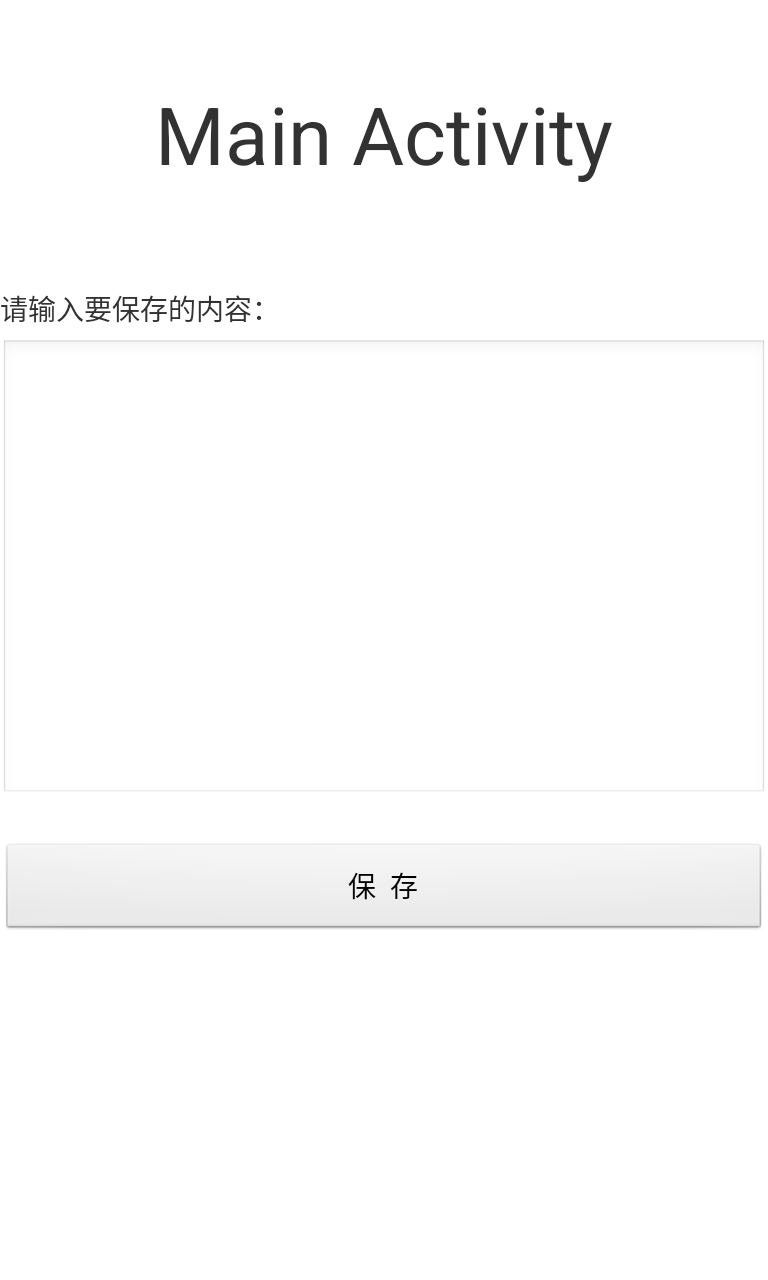
Repository: CiLiNet-Android/courseware
Layout: Android数据存储/文件数据存储/SourceCodes/InternalFileIODemo/res/layout/activity_write.xml
These files come from the project's save history. The layout is drawn as it stood at one moment and after the next save; the edit follows.
It is drawn on a 768 x 1280 px phone screen (xhdpi) without system bars, with theme AppTheme; the app's code is not run.

Above is the layout before, as saved 2014-01-02 02:14:06.

### Android数据存储/文件数据存储/SourceCodes/InternalFileIODemo/res/layout/activity_write.xml
<?xml version="1.0" encoding="utf-8"?>
<LinearLayout xmlns:android="http://schemas.android.com/apk/res/android"
    android:layout_width="match_parent"
    android:layout_height="match_parent"
    android:orientation="vertical" >

    <TextView
        android:layout_width="match_parent"
        android:layout_height="wrap_content"
        android:layout_marginTop="40dp"
        android:gravity="center_horizontal"
        android:text="Main Activity"
        android:textSize="40sp"/>

    <TextView
        android:layout_width="match_parent"
        android:layout_height="wrap_content"
        android:layout_marginTop="50dp"
        android:text="请输入要保存的内容："
        android:textSize="14sp"/>

    <EditText
        android:layout_width="match_parent"
        android:layout_height="wrap_content"
        android:layout_marginTop="5dp"
        android:minLines="10"
        android:id="@+id/edtTxt_info"/>

    <Button
        android:layout_width="match_parent"
        android:layout_height="wrap_content"
        android:layout_marginTop="20dp"
        android:text="保  存"
        android:id="@+id/btn_save"/>

</LinearLayout>

Loaded but not shown: Android数据存储/文件数据存储/SourceCodes/InternalFileIODemo/res/values/styles.xml (common file)

After the next save:
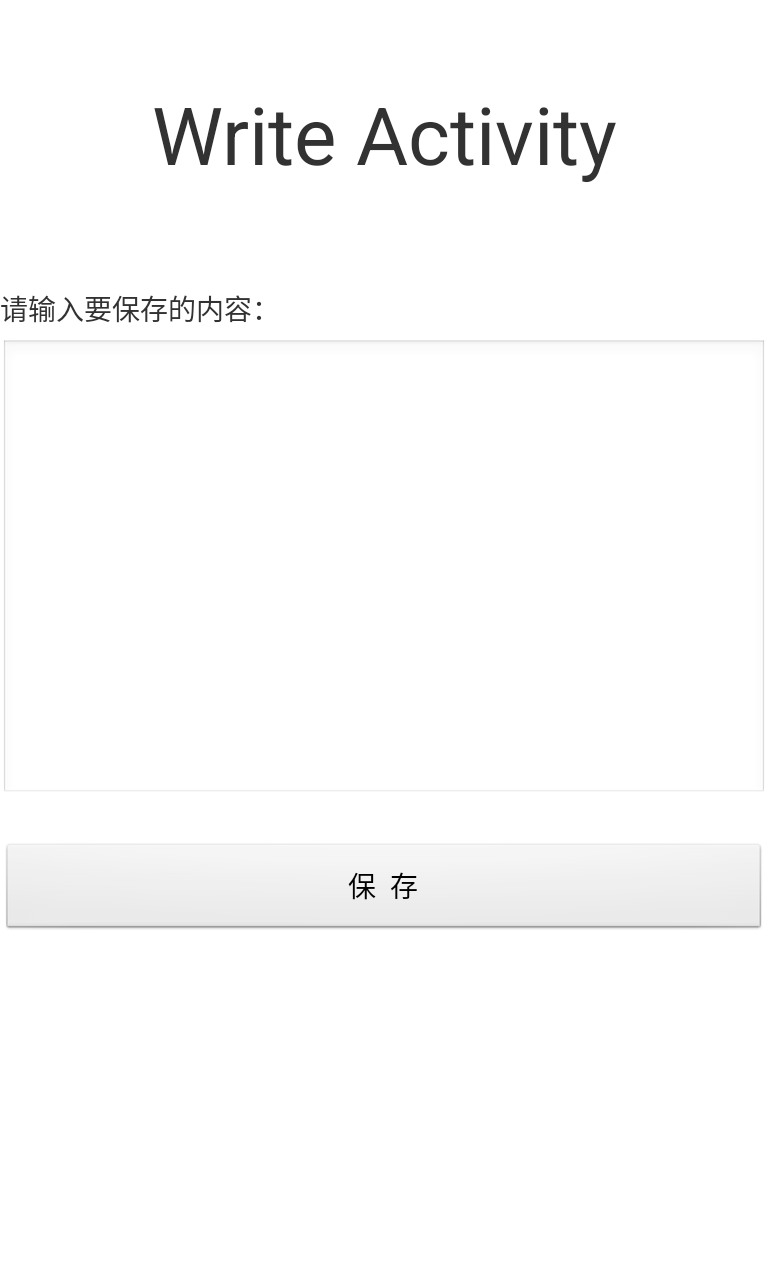
Saved 19 s later.
--- a/Android数据存储/文件数据存储/SourceCodes/InternalFileIODemo/res/layout/activity_write.xml
+++ b/Android数据存储/文件数据存储/SourceCodes/InternalFileIODemo/res/layout/activity_write.xml
@@ -9,7 +9,7 @@
         android:layout_height="wrap_content"
         android:layout_marginTop="40dp"
         android:gravity="center_horizontal"
-        android:text="Main Activity"
+        android:text="Write Activity"
         android:textSize="40sp"/>
 
     <TextView
